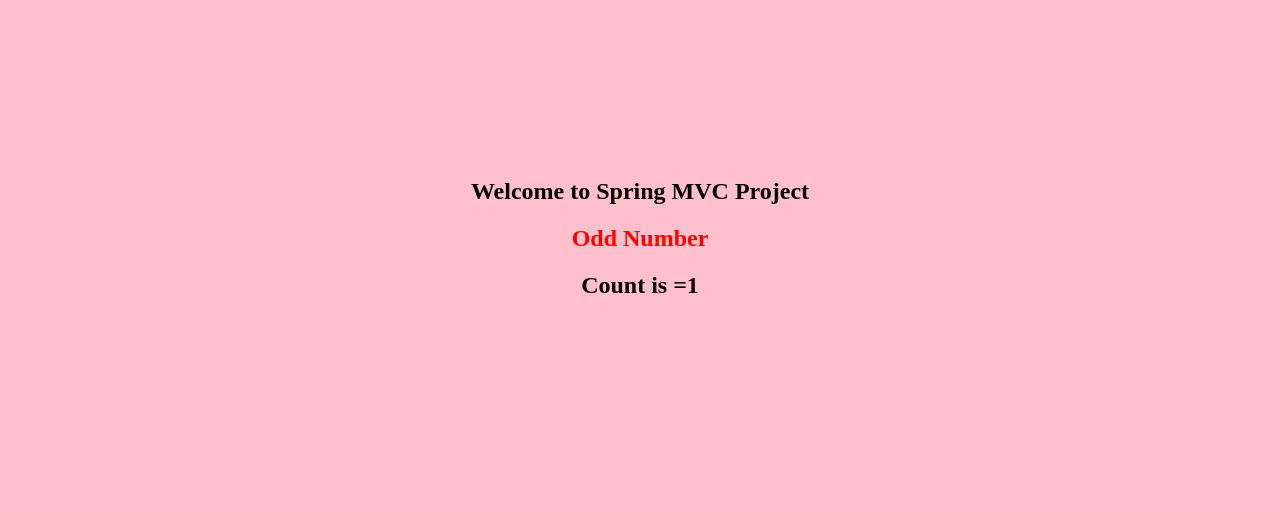
Repository: PragatiShinde16/SpringMVCDemo
Page: http://localhost/SpringMVCProject/views/login.jsp
These files come from the project's save history. The page is drawn as it stood at one moment and after the next save; the edit follows.
The browser window is 1280 px wide. The pictures show the whole page.
The page is served by Tomcat 9.

Above is the page before, as saved 2024-08-27 05:13:51.

After the next save:
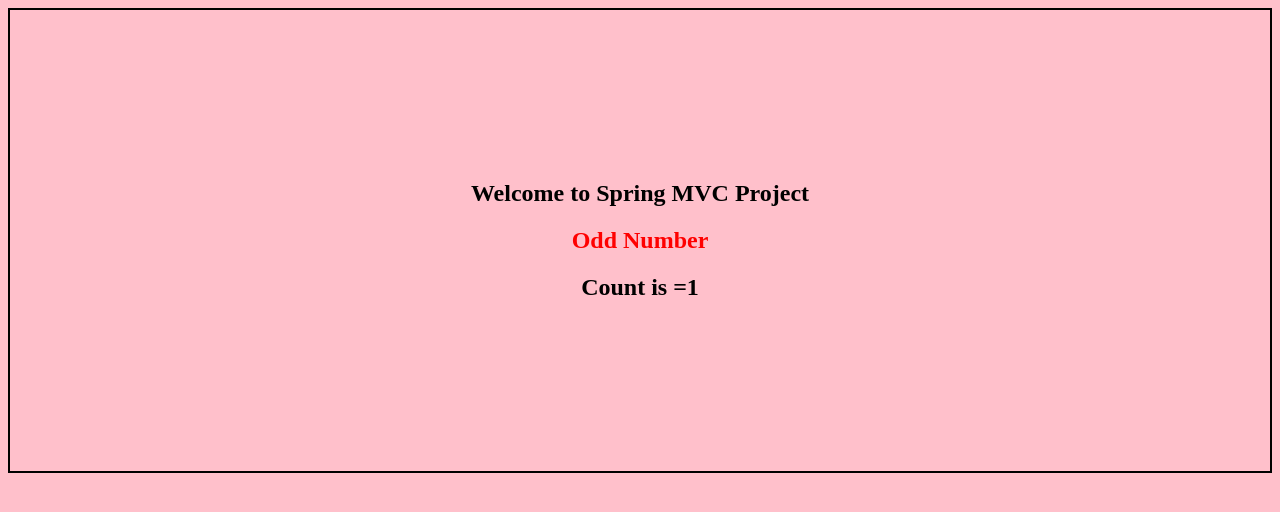
Saved 82 s later.
--- a/SpringMVCProject/src/main/webapp/views/login.jsp
+++ b/SpringMVCProject/src/main/webapp/views/login.jsp
@@ -6,7 +6,7 @@
 <meta charset="ISO-8859-1">
 <title>Insert title here</title>
 </head>
-<body style="text-align: center; padding:150px; background-color:pink;">
+<body style="border: 2px solid black; text-align: center; padding:150px; background-color:pink;">
 	<h2>Welcome to Spring MVC Project</h2>
 
 	<%!
